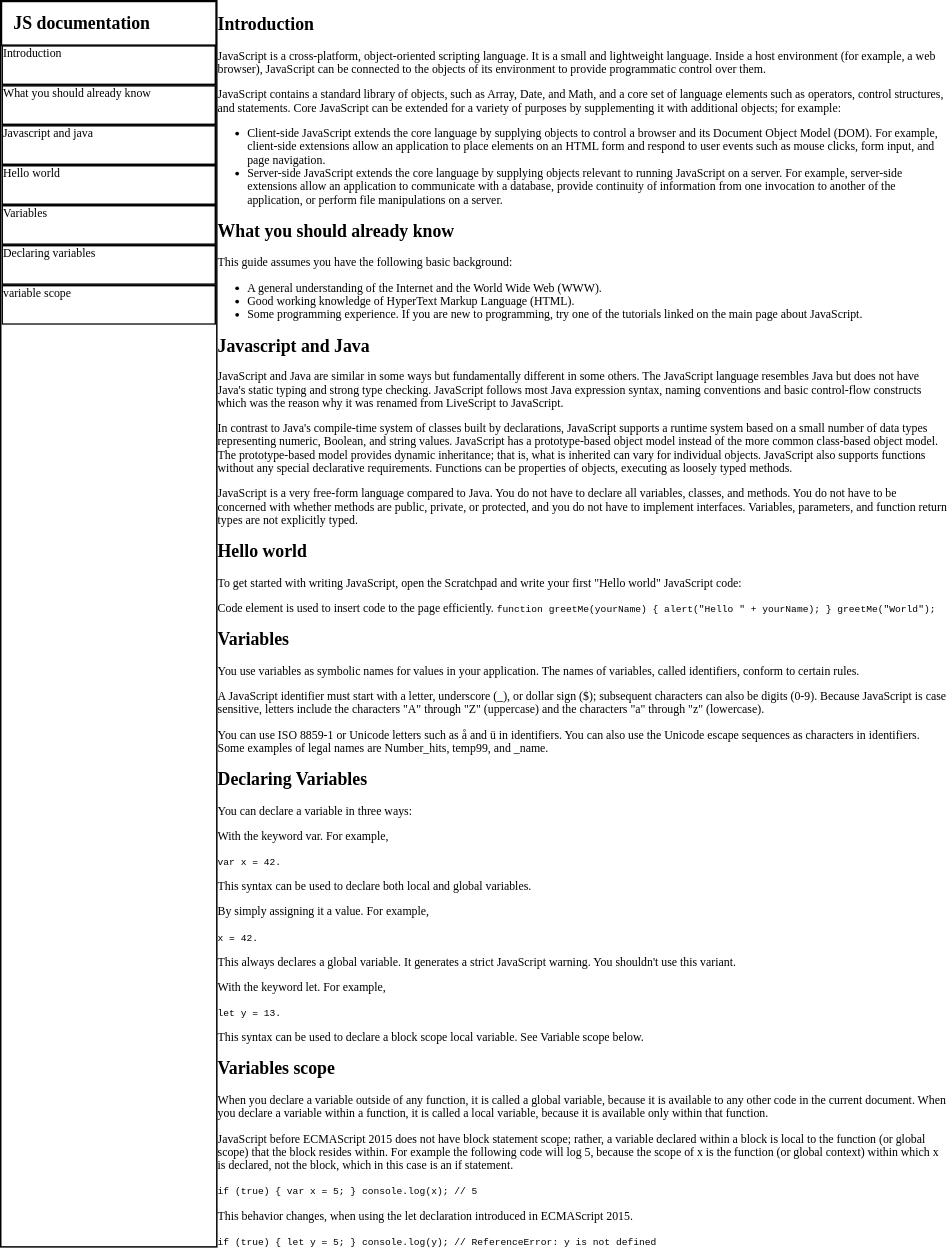
Repository: Pafestivo/Technical-documentation
Page: index.html
The author's editor kept a copy of each file at every save. The page is drawn from the files as they stood at one save, then again after the next save.
The browser window is 1280 px wide. The pictures show the whole page, at 74% of full size.

Above is the page before, as saved 2022-09-07 13:26:43.

After the next save:
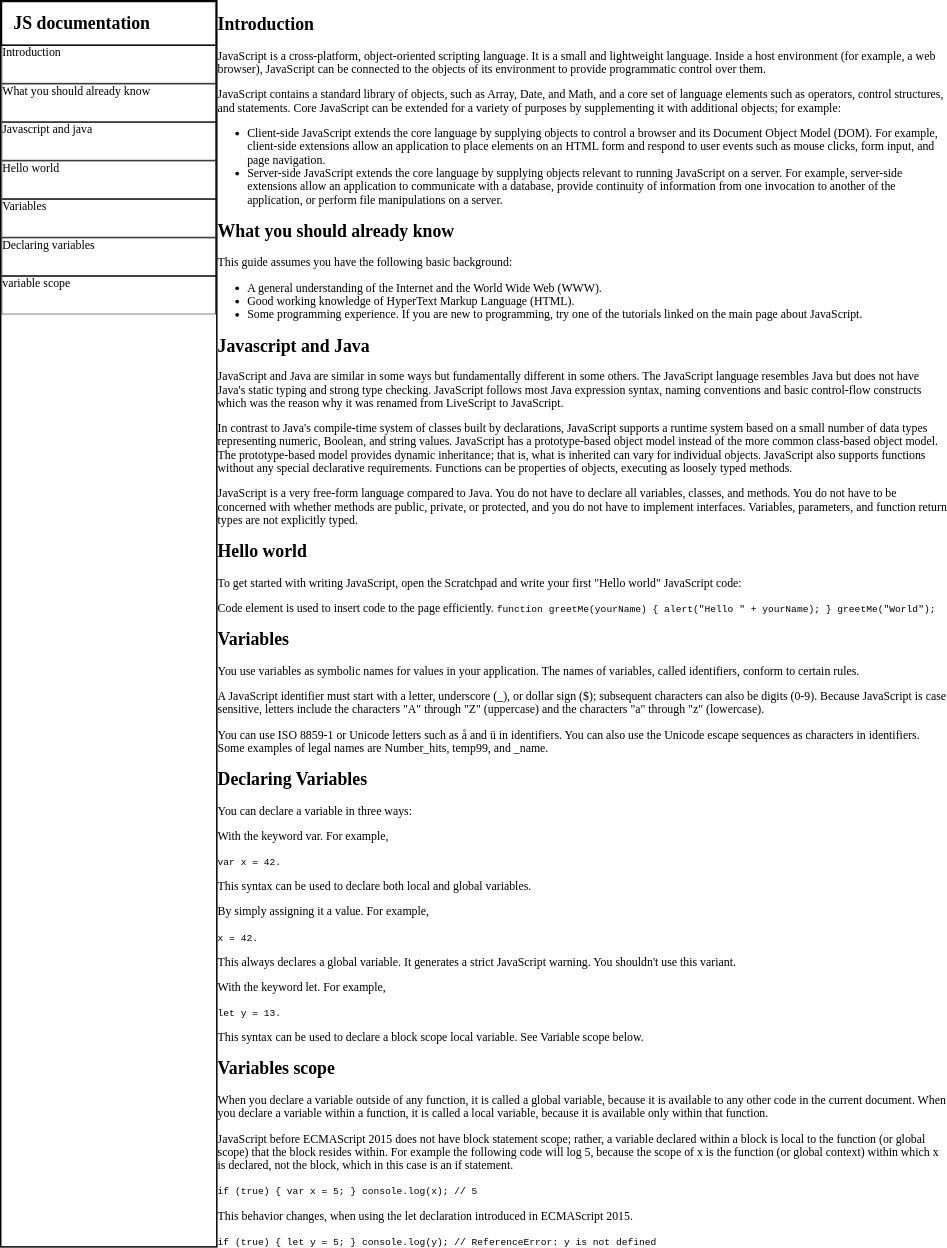
Saved 4 s later.
--- a/styles.css
+++ b/styles.css
@@ -40,7 +40,7 @@ body {
   text-decoration: none;
   color: #000;
   height: 50px;
-  border: 2px solid #000;
+  border: 1px solid #000;
 }
 
 /* Navigation bar end  */
